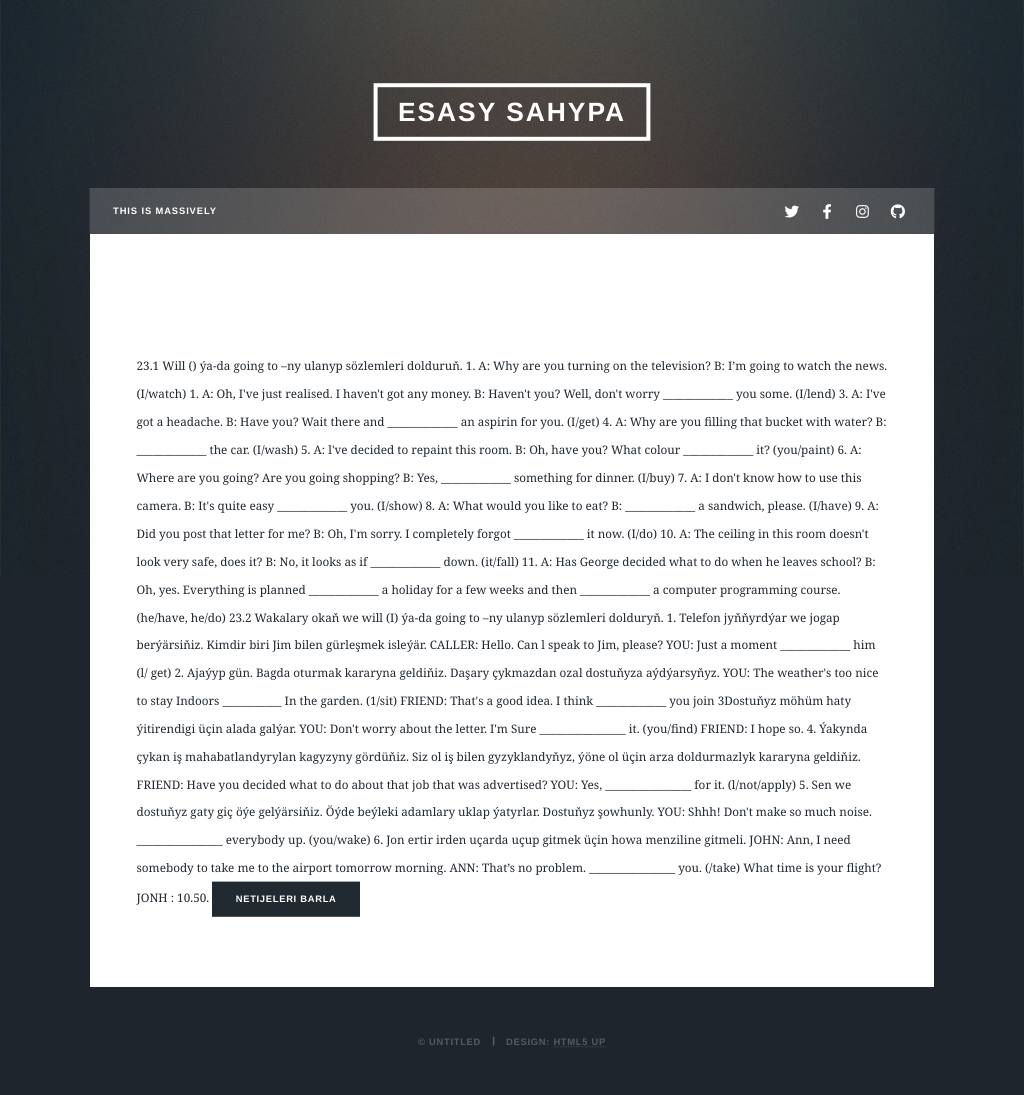
Repository: Sahet-dev/English-grammar-app
Page: test/test_unit _23.html
An editor plug-in stored every save of this project. The page is shown before and after the next save, followed by the edit.
The browser window is 1280 px wide. The pictures show the whole page, at 80% of full size.
Some web fonts or font styles are not loaded; a fallback is used.

Above is the page before, as saved 2022-06-24 14:58:00.

### test/test_unit _23.html
<!DOCTYPE HTML>
<!--
	Massively by HTML5 UP
	html5up.net | @ajlkn
	Free for personal and commercial use under the CCA 3.0 license (html5up.net/license)
-->
<html>
	<head>
		<title>Test </title>
		<meta charset="utf-8" />
		<meta name="viewport" content="width=device-width, initial-scale=1, user-scalable=no" />
		<link rel="stylesheet" href="../assets/css/test.css" />
		<noscript><link rel="stylesheet" href="../assets/css/noscript.css" /></noscript>
	</head>
	<body class="is-preload">

		<!-- Wrapper -->
			<div id="wrapper">

				<!-- Header -->
					<header id="header">
						<a href="index.html" class="logo">Esasy Sahypa</a>
					</header>

				<!-- Nav -->
					<nav id="nav">
						<ul class="links">
							<li><a href="units/.html">This is Massively</a></li>

						</ul>
						<ul class="icons">
							<li><a href="#" class="icon brands fa-twitter"><span class="label">Twitter</span></a></li>
							<li><a href="#" class="icon brands fa-facebook-f"><span class="label">Facebook</span></a></li>
							<li><a href="#" class="icon brands fa-instagram"><span class="label">Instagram</span></a></li>
							<li><a href="#" class="icon brands fa-github"><span class="label">GitHub</span></a></li>
						</ul>
					</nav>

				<!-- Main -->
					<div id="main">

						<!-- Post -->
							<section class="post">
								<header class="major">
									<h2>


									</h2>
								</header>

								<!-- Text stuff -->

									<p>
										<form action="results-unit-1.php" method="post">

														23.1

														Will () ýa-da going to –ny ulanyp sözlemleri dolduruň.

														1. A: Why are you turning on the television?
														B: I’m going to watch the news. (I/watch)

														1.	A: Oh, I've just realised. I haven't got any money.

														B: Haven't you? Well, don't worry    _____________
														you some. (I/lend)

														3. A: I've got a headache.
														B: Have you? Wait there and    _____________   an
														aspirin for you. (I/get)

														4. A: Why are you filling that bucket with water?
														B:    _____________

														the car. (I/wash)

														5. A: l've decided to repaint this room.
														B: Oh, have you? What colour    _____________    it?
														(you/paint)

														6. A: Where are you going? Are you going
														shopping?
														B: Yes,    _____________   something for dinner. (I/buy)

														7. A: I don't know how to use this camera.

														B: It's quite easy    _____________    you. (I/show)

														8. A: What would you like to eat?
														B:    _____________    a sandwich, please. (I/have)


														9. A: Did you post that letter for me?
														B: Oh, I'm sorry. I completely forgot    _____________
														it now. (I/do)

														10. A: The ceiling in this room doesn't look very
														safe, does it?
														B: No, it looks as if     _____________    down. (it/fall)

														11. A: Has George decided what to do when he

														leaves school?

														B: Oh, yes. Everything is planned    _____________
														a holiday for a few weeks and then    _____________    a
														computer programming course. (he/have, he/do)

														23.2

														Wakalary okaň we  will (I) ýa-da going to –ny ulanyp sözlemleri dolduryň.

														1. Telefon jyňňyrdýar we jogap berýärsiňiz. Kimdir biri
														Jim bilen gürleşmek isleýär.
														CALLER: Hello. Can l speak to Jim, please?

														YOU:

														Just a moment    _____________    him (l/

														get)

														2.  Ajaýyp gün. Bagda oturmak kararyna geldiňiz. Daşary çykmazdan ozal  dostuňyza aýdýarsyňyz.

														YOU:

														The weather's too nice to stay

														Indoors ___________ In the garden. (1/sit)

														FRIEND: That's a good idea. I think _____________   you join

														3Dostuňyz möhüm haty ýitirendigi üçin alada galýar.
														YOU:

														Don't worry about the letter. I'm

														Sure   ________________    it. (you/find)
														FRIEND: I hope so.

														4. Ýakynda çykan  iş mahabatlandyrylan kagyzyny gördüňiz. Siz ol iş bilen gyzyklandyňyz, ýöne ol üçin arza doldurmazlyk kararyna geldiňiz.
														FRIEND: Have you decided what to do about
														that job that was advertised?

														YOU:

														Yes,   ________________    for it. (l/not/apply)

														5. Sen we dostuňyz gaty giç öýe gelýärsiňiz. Öýde beýleki adamlary uklap ýatyrlar. Dostuňyz şowhunly.
														YOU:

														Shhh! Don't make so much

														noise.   ________________

														everybody up. (you/wake)


														6. Jon ertir irden uçarda uçup gitmek üçin howa menziline gitmeli.
														JOHN:

														Ann, I need somebody to take me

														to the airport tomorrow morning.
														ANN:


														That’s no problem.   ________________     you. (/take)

														What time is your flight?

														JONH :     10.50.

											        <button class="button primary" type="submit">Netijeleri barla</button>
										</form>



									</p>


							</section>

					</div>


				<!-- Copyright -->
					<div id="copyright">
						<ul><li>&copy; Untitled</li><li>Design: <a href="https://html5up.net">HTML5 UP</a></li></ul>
					</div>

			</div>

		<!-- Scripts -->
			<script src="assets/js/jquery.min.js"></script>
			<script src="assets/js/jquery.scrollex.min.js"></script>
			<script src="assets/js/jquery.scrolly.min.js"></script>
			<script src="assets/js/browser.min.js"></script>
			<script src="assets/js/breakpoints.min.js"></script>
			<script src="assets/js/util.js"></script>
			<script src="assets/js/main.js"></script>

	</body>
</html>

Loaded but not shown: assets/js/jquery.min.js (library); assets/js/jquery.scrollex.min.js (common file); assets/js/jquery.scrolly.min.js (common file); assets/js/browser.min.js (common file); assets/js/breakpoints.min.js (common file); assets/css/fontawesome-all.min.css (library); assets/js/util.js (587 lines, source omitted); assets/js/main.js (258 lines, source omitted); assets/css/test.css (4689 lines, source omitted)

After the next save:
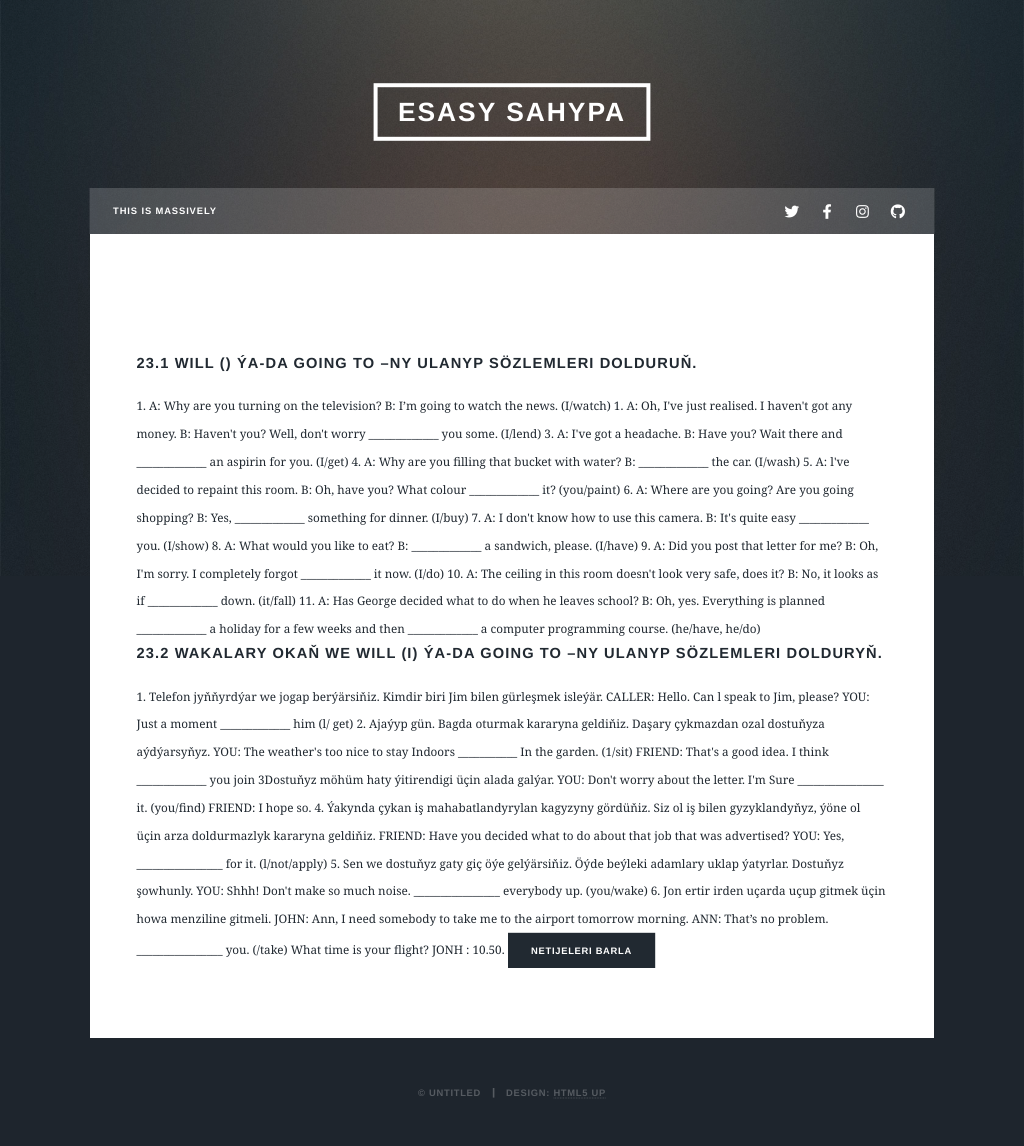
Saved 52 s later.
--- a/test/test_unit _23.html
+++ b/test/test_unit _23.html
@@ -53,10 +53,10 @@
 									<p>
 										<form action="results-unit-1.php" method="post">
 
-														23.1
+										<h3>23.1
 
 														Will () ýa-da going to –ny ulanyp sözlemleri dolduruň.
-
+													</h3>
 														1. A: Why are you turning on the television?
 														B: I’m going to watch the news. (I/watch)
 
@@ -106,10 +106,10 @@
 														a holiday for a few weeks and then    _____________    a
 														computer programming course. (he/have, he/do)
 
-														23.2
+													<h3>23.2
 
 														Wakalary okaň we  will (I) ýa-da going to –ny ulanyp sözlemleri dolduryň.
-
+													</h3>
 														1. Telefon jyňňyrdýar we jogap berýärsiňiz. Kimdir biri
 														Jim bilen gürleşmek isleýär.
 														CALLER: Hello. Can l speak to Jim, please?
